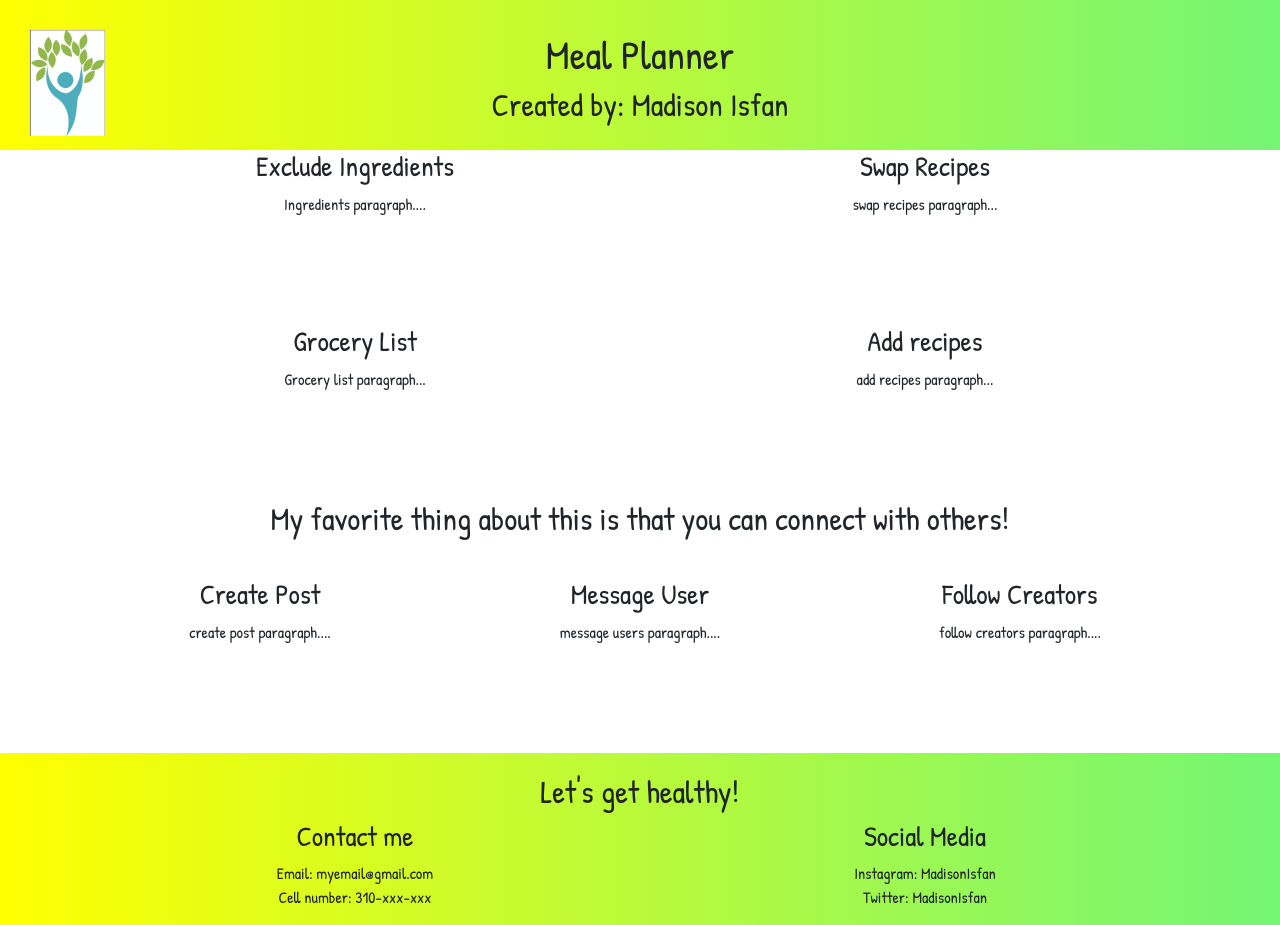
Repository: madisonisfan/Meal-Planner
Page: index.html
These files come from the project's save history. The page is drawn as it stood at one moment and after the next save; the edit follows.
The browser window is 1280 px wide. The pictures show the whole page.
Some web libraries are served in a nearby version.

Above is the page before, as saved 2021-02-19 11:12:47.

### index.html
<!DOCTYPE html>
<head>

    <meta charset="utf-8"/>
    <meta name="viewport" content="width=device-width, initial-scale=1"/>

    <link rel="stylesheet" href="node_modules/bootstrap/dist/css/bootstrap.min.css" />

    <link rel="stylesheet" href="https://fonts.googleapis.com/css?family=Indie+Flower|Patrick+Hand" />
    <link rel="stylesheet" href="css/styles.css"/>
    <title> Meal Planner </title>
</head>

<body>

    <header class="jumbotron">

            <div class="row row-reverse"  > <!--"row align-self-center justify-content-start justify-content-lg-between"-->
                <!--<div class="col text-left ">
                    <!--<img src="healthySymbolSc.jpg">
                </div> -->

                <div class="col col-md-4 text-right ">
                    <img src="healthySymbolSc.jpg">
                </div>

                <div class="col col-md-4 text-md-center"><!--col-5 col-md text-left text-md-center-->
                    <h1>Meal Planner</h1>
                    <h2>Created by: Madison Isfan</h2>
                </div>


            </div>

    </header>

    <div class="container ">
        <div class="row row-content">
            <div class="col-12 text-center col-md">
                <h3>Exclude Ingredients</h3>
                <p>Ingredients paragraph....</p>
            </div>
            <div class="col-12 text-center col-md">
                <h3>Swap Recipes</h3>
                <p >swap recipes paragraph...</p>
            </div>
        </div>

        <div class="row row-content ">
            <div class="col-12 text-center col-md">
                <h3>Grocery List</h3>
                <p>Grocery list paragraph...</p>
            </div>
            <div class="col-12 text-center col-md">
                <h3>Add recipes</h3>
                <p>add recipes paragraph...</p>
            </div>
        </div>

    </div> <!--End of container-->

    <div class="container">
        <div class="row align-items-start">
            <div class="col ">
                <h2 class=" extra-header text-center">My favorite thing about this is that you can connect with others!</h2>
            </div>
        </div>
        <div class="row row-content align-items-start justify-content-center" >
            <div class="col-12 text-center col-md">
                <h3>Create Post</h3>
                <p>create post paragraph....</p>

            </div>
            <div class="col-12 text-center col-md">
                <h3>Message User</h3>
                <p>message users paragraph....</p>
            </div>
            <div class="col-12 text-center col-md">
                <h3>Follow Creators</h3>
                <p>follow creators paragraph....</p>
            </div>

        </div>

    </div>

    <footer>
        <div class="container">
            <div class="row">
                <div class ="col">
                    <h2 class="text-center"> Let's get healthy! </h2>
                </div>
            </div>

            <div class="row">
                <div class="col-12 text-center col-md">
                    <h3 >Contact me</h3>
                    <ul class="list-unstyled">
                        <li>Email: myemail@gmail.com</li>
                        <li>Cell number: 310-xxx-xxx</li>
                    </ul>

                </div>
                <div class="col-12 text-center col-md">
                    <h3 >Social Media</h3>
                    <ul class="list-unstyled">
                        <li>Instagram: MadisonIsfan</li>
                        <li>Twitter: MadisonIsfan</li>
                    </ul>

                </div>
            </div>
        </div>
    </footer>


    <script src="node_modules/jquery/dist/jquery.slim.min.js"></script>
    <script src="node_modules/popper.js/dist/umd/popper.min.js"></script>
    <script src="node_modules/bootstrap/dist/js/bootstrap.min.js"></script>
</body>


</html>

### css/styles.css
header {
  padding: 20px;
  height: 150px;
}
body {
  font-family: "Patrick Hand";
}

footer {
  background-image: linear-gradient(to right, yellow, rgb(116, 245, 116));
  padding-top: 20px;
}

img {
  width: 75px;
}

.row-content {
  min-height: 175px;
}

.jumbotron {
  padding: 30px;
  background-image: linear-gradient(to right, yellow, rgb(116, 245, 116));
}

.extra-header {
  margin-bottom: 40px;
}

After the next save:
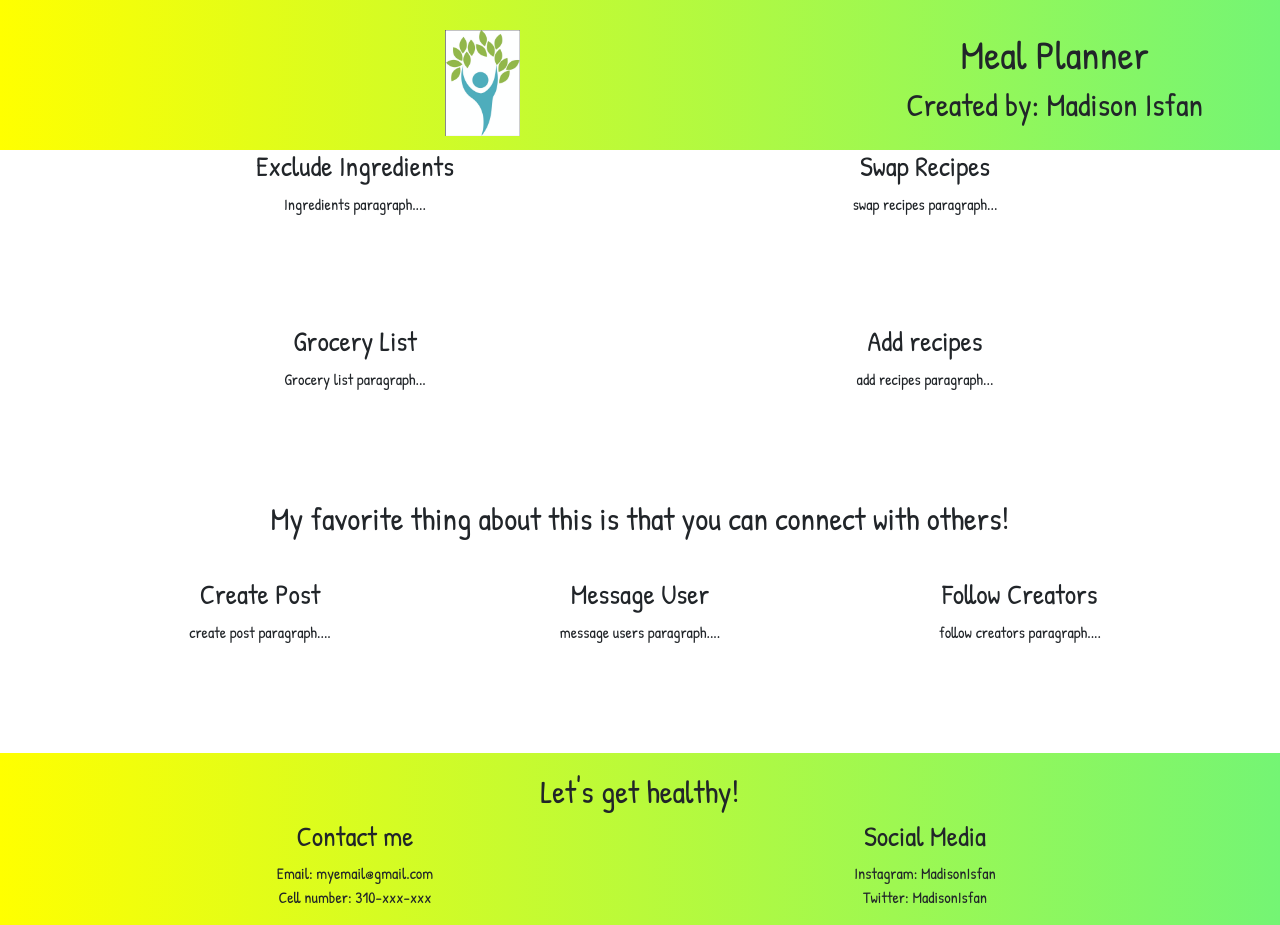
Saved 4 min 30 s later.
--- a/index.html
+++ b/index.html
@@ -15,7 +15,7 @@
 
     <header class="jumbotron">
 
-            <div class="row row-reverse"  > <!--"row align-self-center justify-content-start justify-content-lg-between"-->
+            <div class="row row-reverse justify-content-md-end"  > <!--"row align-self-center justify-content-start justify-content-lg-between"-->
                 <!--<div class="col text-left ">
                     <!--<img src="healthySymbolSc.jpg">
                 </div> -->
